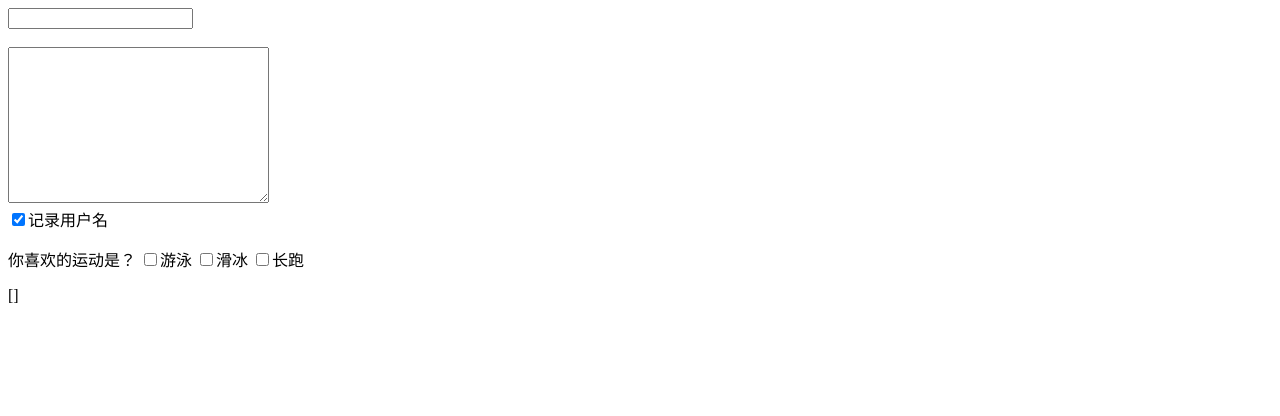
Repository: xiemin2161/mytest
Page: 01-表单绑定.html
An editor plug-in stored every save of this project. The page is shown before and after the next save, followed by the edit.
The browser window is 1280 px wide. The pictures show the whole page.

Above is the page before, as saved 2023-01-31 17:22:54.

### 01-表单绑定.html
<!DOCTYPE html>
<html>
  <head>
    <meta charset="utf-8" />
    <meta http-equiv="X-UA-Compatible" content="IE=edge,chrome=1" />
    <title>Examples</title>
    <meta name="description" content="" />
    <meta name="keywords" content="" />
    <link href="" rel="stylesheet" />

    <script type="text/javascript" src="lib/vue.js"></script>
  </head>
  <body>
    <div id="box">
      <input type="text" v-model="mytext" />
      <br />
      {{mytext}}
      <br />
      <textarea name="" id="" cols="30" rows="10" v-model="mytext"></textarea>

      <br />
      <input type="checkbox" v-model="isChecked" />记录用户名

      <br />

      <p>
        你喜欢的运动是？
        <input type="checkbox" v-model="checkgroup" value="游泳" />游泳
        <input type="checkbox" v-model="checkgroup" value="滑冰" />滑冰
        <input type="checkbox" v-model="checkgroup" value="长跑" />长跑
      </p>
      {{checkgroup}}
    </div>

    <script>
      var vm = new Vue({
        el: "#box",
        data: {
          mytext: "",
          isChecked: true,
          checkgroup: [],
        },
      });
    </script>
  </body>
</html>

Loaded but not shown: lib/vue.js (library)

After the next save:
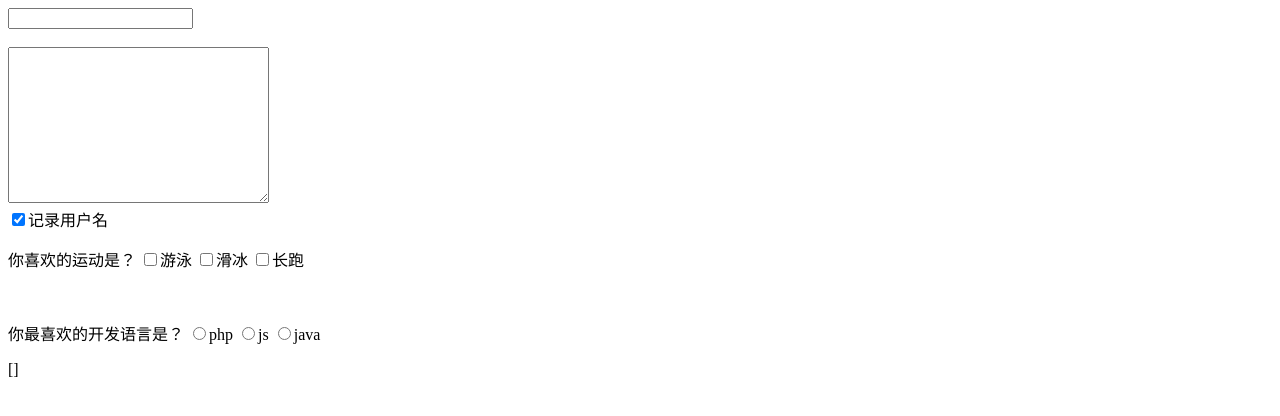
Saved 2 min 9 s later.
--- a/01-表单绑定.html
+++ b/01-表单绑定.html
@@ -29,6 +29,13 @@
         <input type="checkbox" v-model="checkgroup" value="滑冰" />滑冰
         <input type="checkbox" v-model="checkgroup" value="长跑" />长跑
       </p>
+      <br />
+      <p>
+        你最喜欢的开发语言是？
+        <input type="radio" v-model="picked" value="php" />php
+        <input type="radio" v-model="picked" value="js" />js
+        <input type="radio" v-model="picked" value="java" />java
+      </p>
       {{checkgroup}}
     </div>
 
